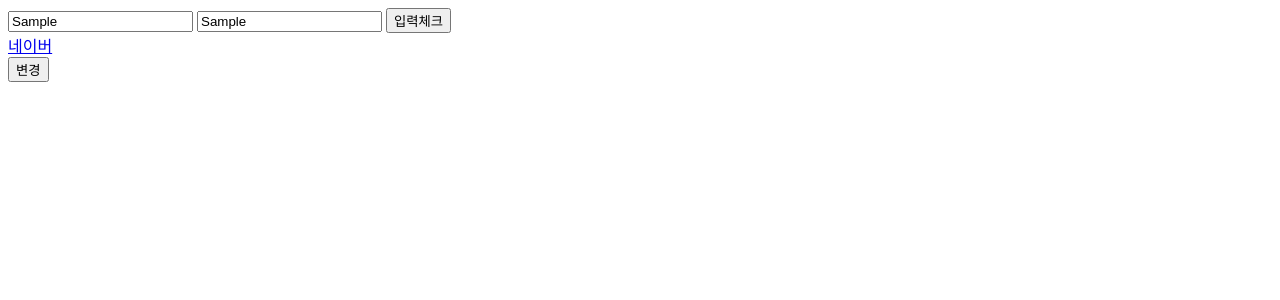
Repository: mjh1583/Hustar03_eGov
Page: http://localhost/JavaScript/js005.jsp
These files come from the project's save history. The page is drawn as it stood at one moment and after the next save; the edit follows.
The browser window is 1280 px wide. The pictures show the whole page.
Empty fields were first filled with sample values (such as "Sample", 5 or name@example.com).
After loading, the first visible `input[onclick="fn_change();"]` was clicked once.
The page is served by Tomcat 9.

Above is the page before, as saved 2021-05-06 06:44:59.

After the next save:
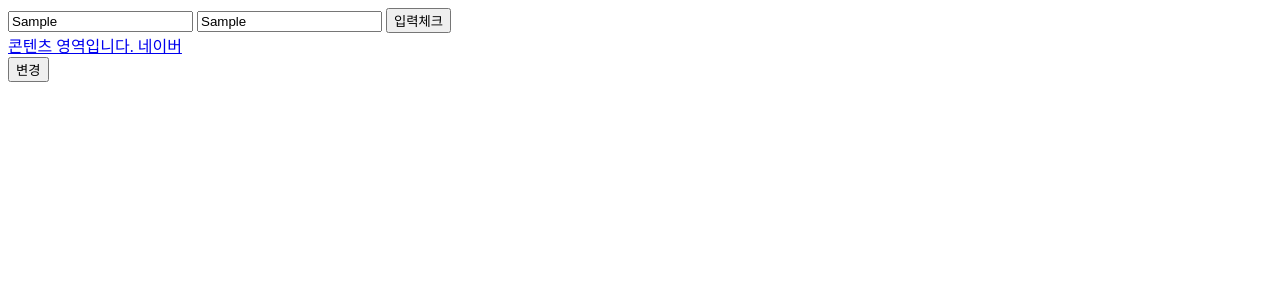
Saved 10 s later.
--- a/workspace/JavaScript/src/main/webapp/js005.jsp
+++ b/workspace/JavaScript/src/main/webapp/js005.jsp
@@ -41,7 +41,7 @@
 		}
 
 		function fn_change() {
-			$('#contentsArea').html('<a href="https://naver.com">' + $('#contentsArea').val() + '네이버</a>');
+			$('#contentsArea').html('<a href="https://naver.com">' + $('#contentsArea').html() + '네이버</a>');
 		}
 	</script>
 </body>
